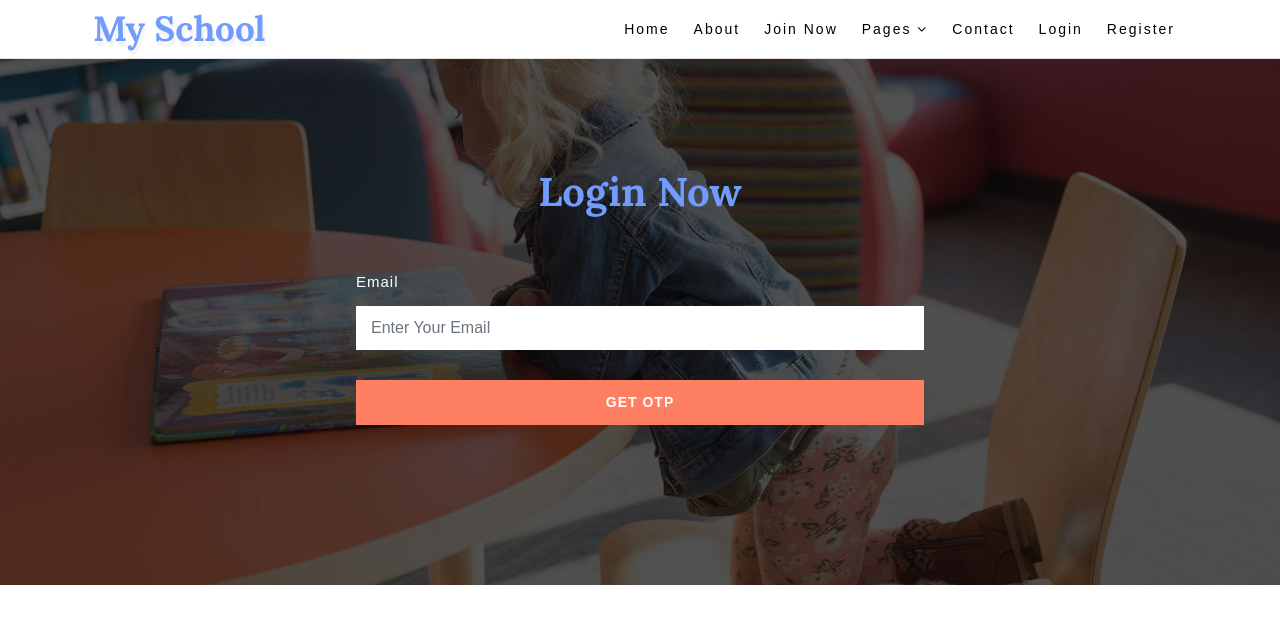
Repository: Gaurangdalvadi6/Web_Technologies_in_JAVA
Page: http://localhost/advance_java_assignment/forget-password.jsp
An editor plug-in stored every save of this project. The page is shown before and after the next save, followed by the edit.
The browser window is 1280 px wide. The pictures show the whole page.
Some web fonts or font styles are not loaded; a fallback is used. The page is served by Tomcat 9.

Above is the page before, as saved 2023-04-27 17:32:08.

After the next save:
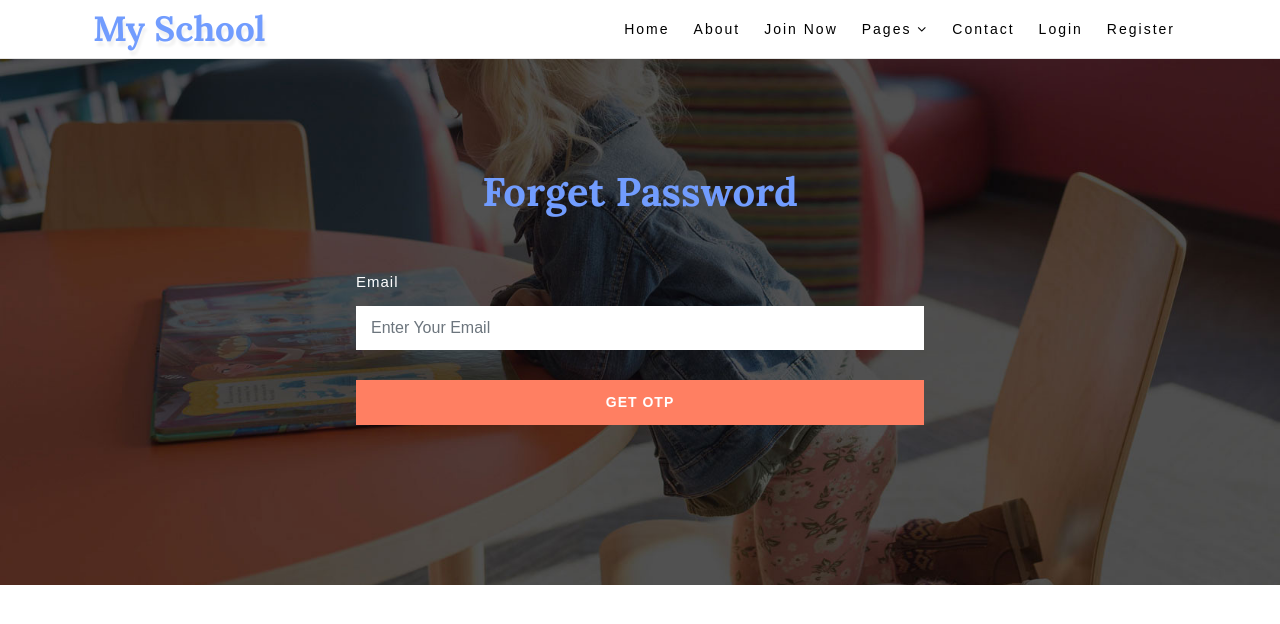
Saved 4 min 31 s later.
--- a/advance_java_assignment/src/main/webapp/forget-password.jsp
+++ b/advance_java_assignment/src/main/webapp/forget-password.jsp
@@ -49,7 +49,7 @@ License URL: http://creativecommons.org/licenses/by/3.0/
             <div class="header d-lg-flex justify-content-between align-items-center py-2 px-sm-2 px-1">
                 <!-- logo -->
                 <div id="logo">
-                    <h1><a href="index.html">My School</a></h1>
+                    <h1><a href="index.jsp">My School</a></h1>
                 </div>
                 <!-- //logo -->
                 <!-- nav -->
@@ -58,9 +58,9 @@ License URL: http://creativecommons.org/licenses/by/3.0/
                         <label for="drop" class="toggle">Menu</label>
                         <input type="checkbox" id="drop" />
                         <ul class="menu">
-                            <li><a href="index.html">Home</a></li>
-                            <li><a href="index.html">About</a></li>
-                            <li><a href="index.html">Join Now</a></li>
+                            <li><a href="index.jsp">Home</a></li>
+                            <li><a href="index.jsp">About</a></li>
+                            <li><a href="index.jsp">Join Now</a></li>
                             <li>
                                 <!-- First Tier Drop Down -->
                                 <label for="drop-2" class="toggle toogle-2">Pages <span class="fa fa-angle-down"
@@ -69,15 +69,15 @@ License URL: http://creativecommons.org/licenses/by/3.0/
                                 <a href="#">Pages <span class="fa fa-angle-down" aria-hidden="true"></span></a>
                                 <input type="checkbox" id="drop-2" />
                                 <ul>
-                                    <li><a href="index.html" class="drop-text">Events</a></li>
-                                    <li><a href="index.html" class="drop-text">What We Do?</a></li>
-                                    <li><a href="index.html" class="drop-text">Popular Courses</a></li>
-                                    <li><a href="index.html" class="drop-text">Statistics</a></li>
-                                    <li><a href="index.html" class="drop-text">Gallery</a></li>
+                                    <li><a href="index.jsp" class="drop-text">Events</a></li>
+                                    <li><a href="index.jsp" class="drop-text">What We Do?</a></li>
+                                    <li><a href="index.jsp" class="drop-text">Popular Courses</a></li>
+                                    <li><a href="index.jsp" class="drop-text">Statistics</a></li>
+                                    <li><a href="index.jsp" class="drop-text">Gallery</a></li>
                                 </ul>
                             </li>
-                            <li><a href="index.html">Contact</a></li>
-                            <li><a href="login.html">Login</a></li>
+                            <li><a href="index.jsp">Contact</a></li>
+                            <li><a href="login.jsp">Login</a></li>
                             <li><a href="register.html">Register</a></li>
                         </ul>
                     </nav>
@@ -93,7 +93,7 @@ License URL: http://creativecommons.org/licenses/by/3.0/
 
             <!-- login  -->
             <div class="modal-body my-5 pt-4">
-                <h3 class="title-w3 mb-5 text-center text-wh font-weight-bold">Login Now</h3>
+                <h3 class="title-w3 mb-5 text-center text-wh font-weight-bold">Forget Password</h3>
                 <form action="StudentController" method="post">
 
                 <div class="form-group">
